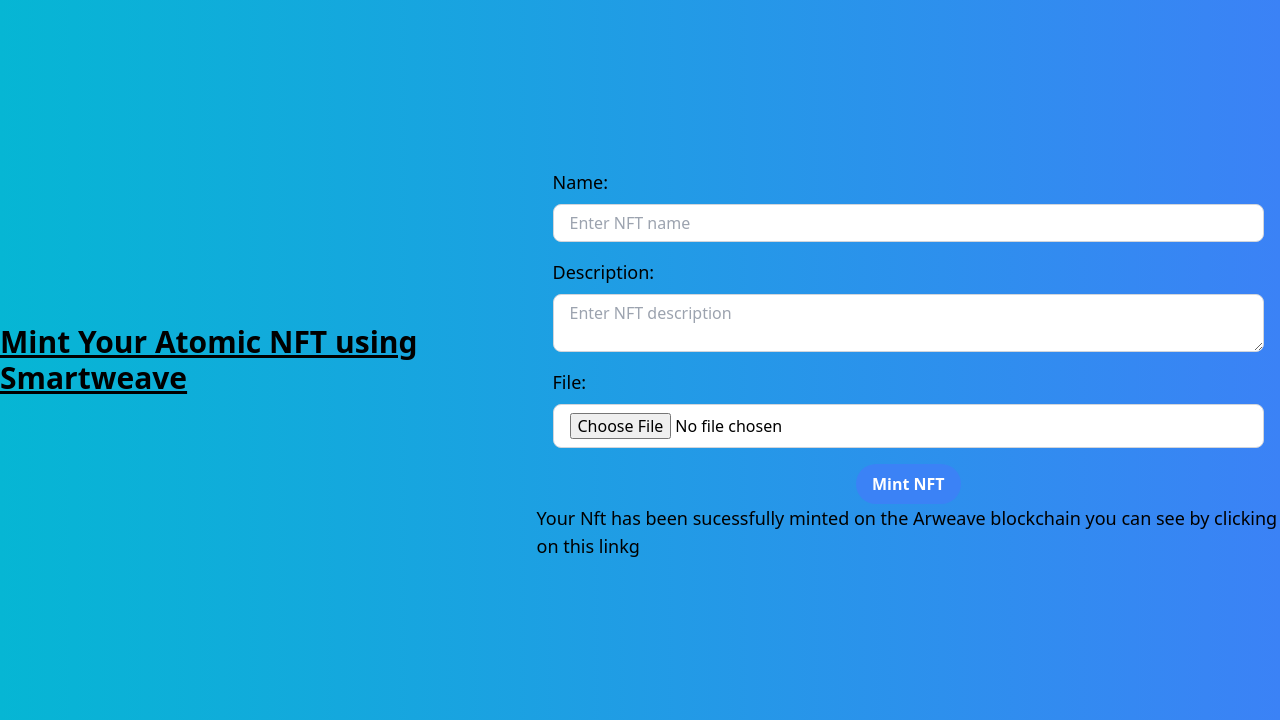
Repository: pawelpiwowarski/arweave-nft
Page: /
An editor plug-in stored every save of this project. The page is shown before and after the next save, followed by the edit.
The browser window is 1280 px wide. The pictures show the whole page.
The project was rebuilt for these pictures with package versions that can differ from the ones it lists, and the page was loaded fresh each time. The framework's server and built-in components were replaced by stand-ins that run in the browser.

Above is the page before, as saved 2023-01-30 14:47:14.

After the next save:
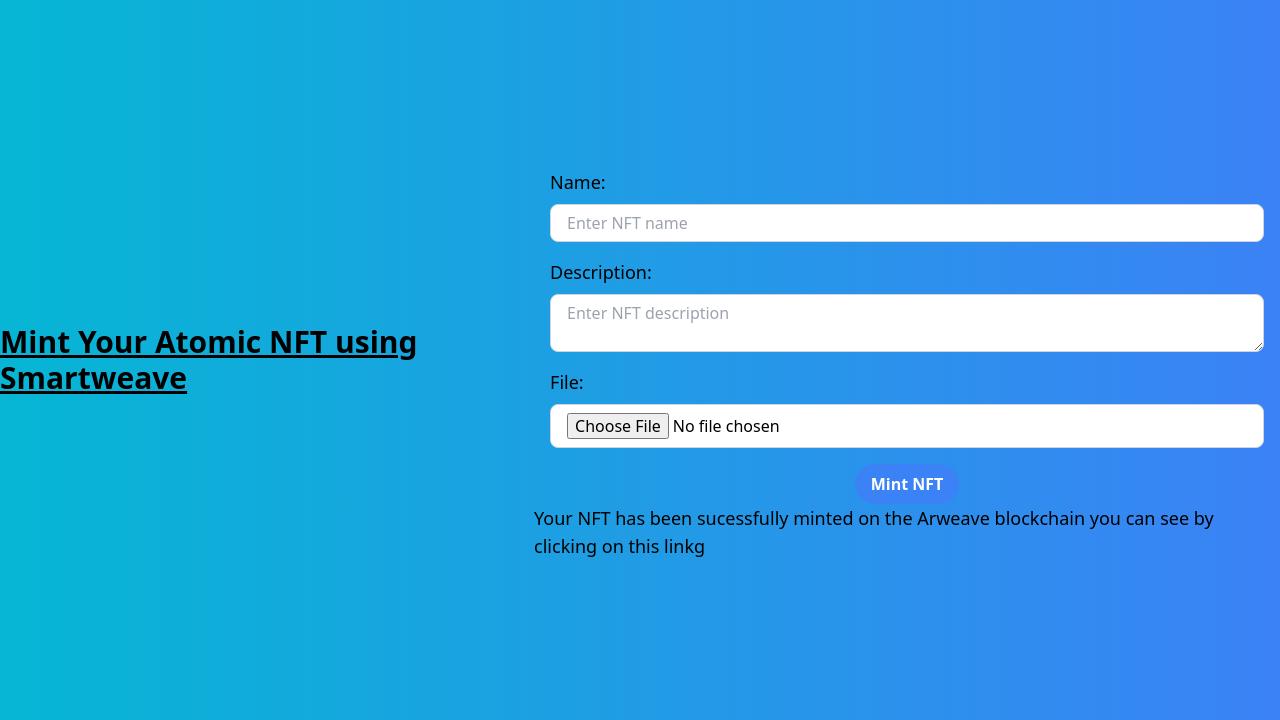
Saved 4 s later.
--- a/pages/index.tsx
+++ b/pages/index.tsx
@@ -88,7 +88,7 @@
 
 
   <div className="flex justify-center">
-    <p className="text-lg font-medium mb-2" >  Your Nft has been sucessfully minted on the Arweave blockchain you can see by clicking on this linkg <a href={respoonse}> {respoonse}</a></p>
+    <p className="text-lg font-medium mb-2" >  Your NFT has been sucessfully minted on the Arweave blockchain you can see by clicking on this linkg <a href={respoonse}> {respoonse}</a></p>
   </div>
 
 </form>
